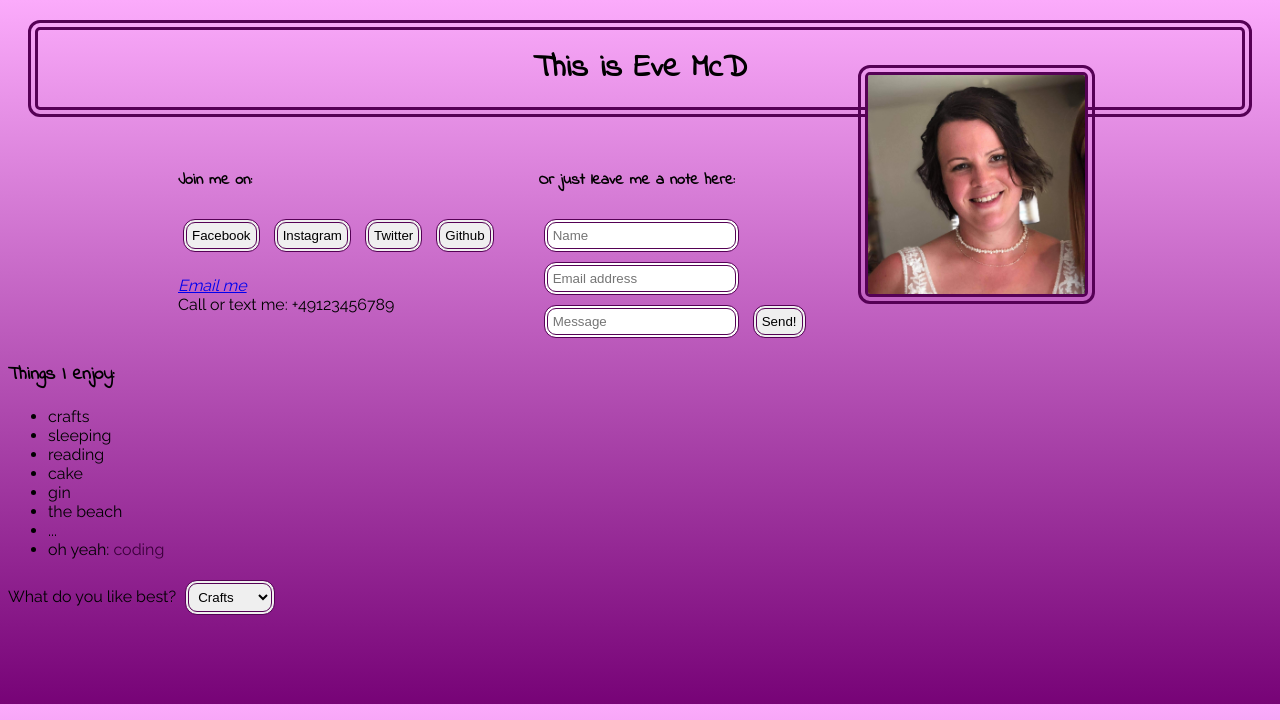
Repository: evemcd/Strive-Ignite-W1
Page: index.html
The author's editor kept a copy of each file at every save. The page is drawn from the files as they stood at one save, then again after the next save.
The browser window is 1280 px wide. The pictures show the whole page.

Above is the page before, as saved 2021-01-17 22:56:37.

After the next save:
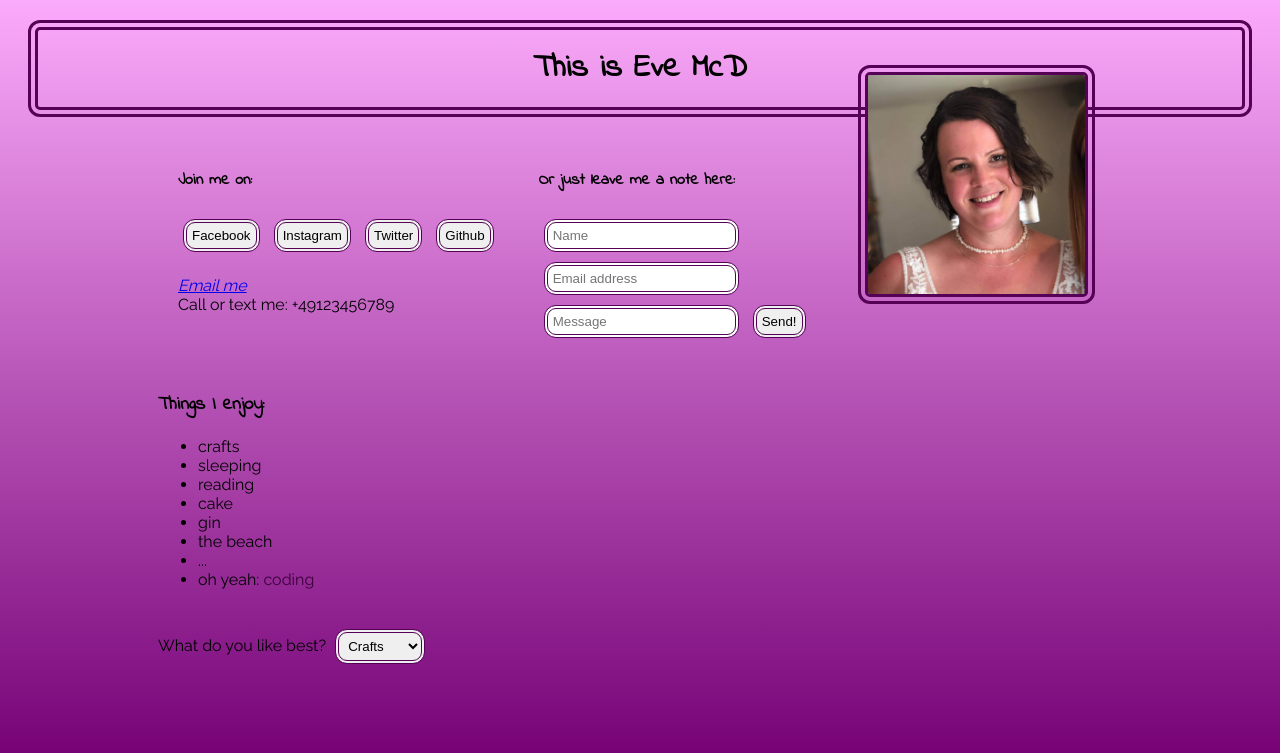
Saved 2 min 29 s later.
--- a/index.html
+++ b/index.html
@@ -41,7 +41,8 @@
             </form>
         </div>
     </div>
-    <div class="hobbies">
+    <section class="container-skills">
+    <div>
         <h3>Things I enjoy:</h3>
         <ul>
             <li>crafts</li>
@@ -52,11 +53,8 @@
             <li>the beach</li>
             <li>...</li>
             <li>oh yeah: <span style="color: rgb(59, 0, 59);">coding</span></li>
-        </ul>
-    </div>
-
-    <div class="hobbies">
-        <label for="hobbies">What do you like best?</label>
+        </ul><br>
+            <label for="hobbies">What do you like best?</label>
         <select name="hobbies" id="hobbies" class="socialbutton">
             <option value="crafts">Crafts</option>
             <option value="sleeping">Sleeping</option>
@@ -67,6 +65,7 @@
             <option value="coding">Coding</option>
         </select>
     </div>
+    </section>
     <br><br><br><br>
 
 </body>
